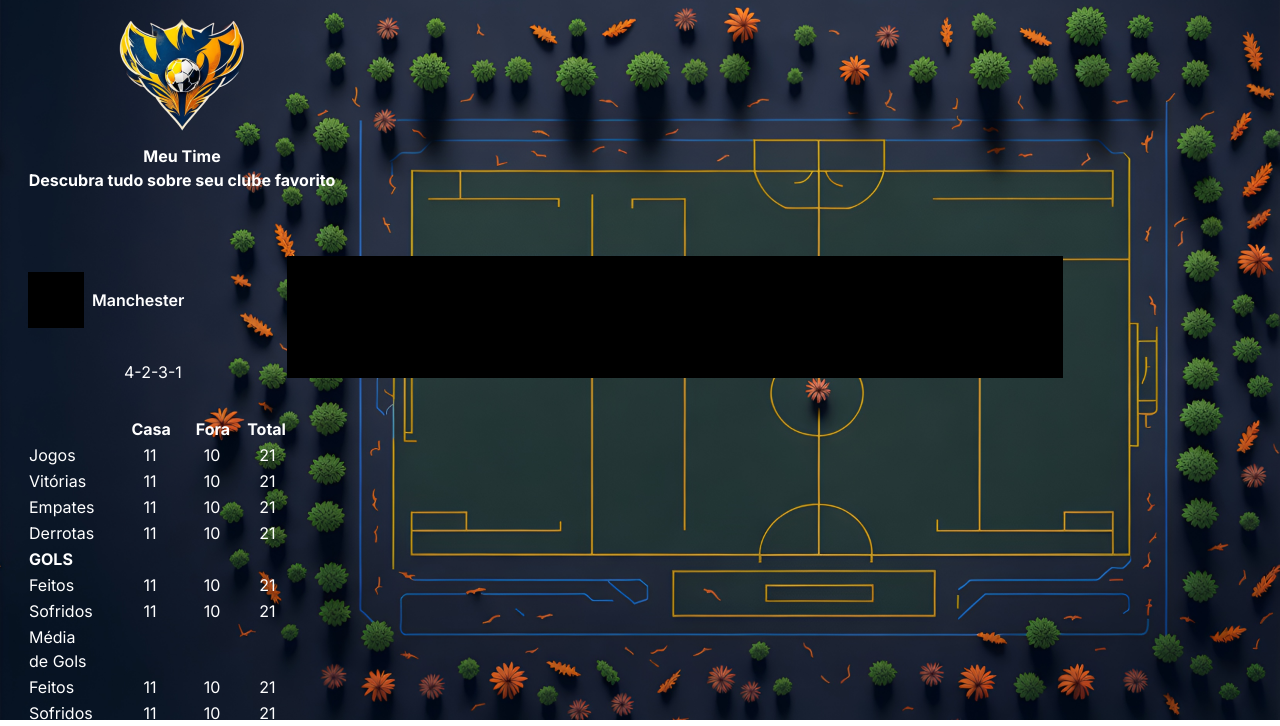
Repository: LuizAGDomingues/MeuTimeApp
Page: /statistics
The author's editor kept a copy of each file at every save. The page is drawn from the files as they stood at one save, then again after the next save.
The browser window is 1280 px wide. The pictures show the whole page.
The project was rebuilt for these pictures with package versions that can differ from the ones it lists, and the page was loaded fresh each time. The framework's server and built-in components were replaced by stand-ins that run in the browser. Also part of the build but not shown: next.config.js.

Above is the page before, as saved 2023-05-26 14:22:45.

After the next save:
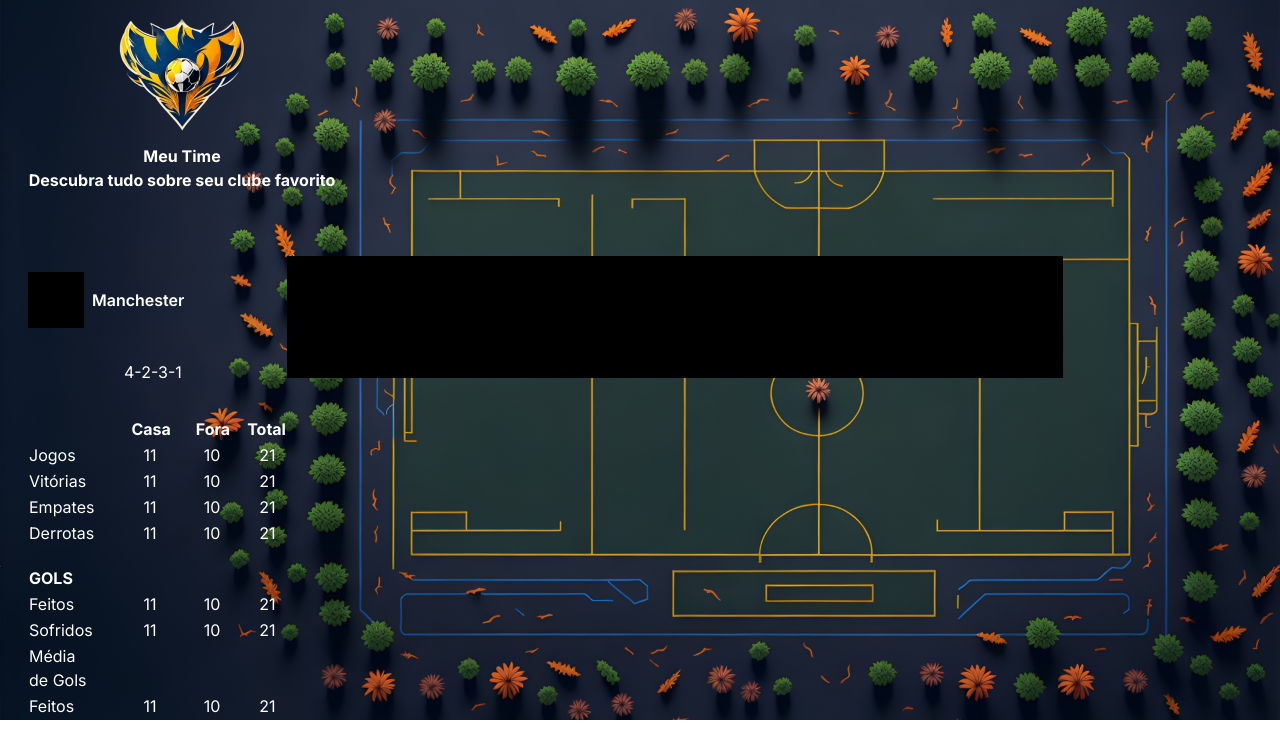
Saved 11 s later.
--- a/src/app/statistics/page.tsx
+++ b/src/app/statistics/page.tsx
@@ -96,7 +96,7 @@ function page() {
               </tr>
 
               <tr>
-                <td className='font-bold '>GOLS</td>
+                <td className='font-bold pt-5'>GOLS</td>
               </tr>
               <tr>
                 <td>Feitos</td>
